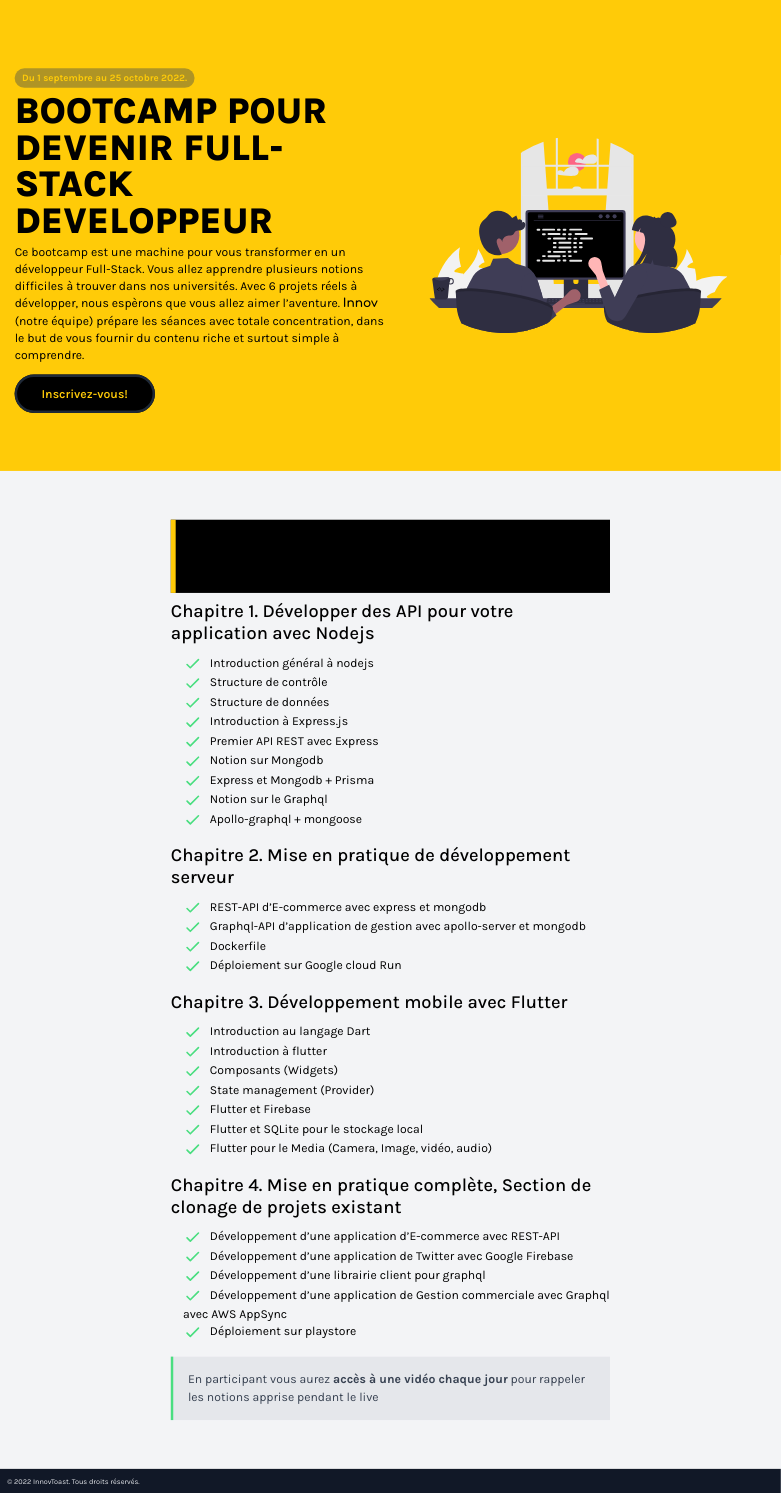
Repository: alfredlwanzo/course
Page: /
The author's editor kept a copy of each file at every save. The page is drawn from the files as they stood at one save, then again after the next save.
The browser window is 1280 px wide. The pictures show the whole page, at 61% of full size.
The project was rebuilt for these pictures with package versions that can differ from the ones it lists, and the page was loaded fresh each time. The framework's server and built-in components were replaced by stand-ins that run in the browser. Also part of the build but not shown: next.config.js.

Above is the page before, as saved 2022-08-09 12:14:54.

### pages/_app.tsx
import '../src/styles/globals.css'
import type { AppProps } from 'next/app'

function MyApp({ Component, pageProps }: AppProps) {
  return <Component {...pageProps} />
}

export default MyApp

### pages/_document.tsx
import NextDocument, { Html, Head, Main, NextScript } from "next/document";

type Props = {};

class MyDocument extends NextDocument<Props> {
  render() {
    return (
      <Html>
        <Head>
          <link rel="manifest" href="/manifest.json" />
          <link rel="apple-touch-icon" href="/icon.png"></link>
          <meta name="theme-color" content="#FFCB08" />
          <link rel="icon" href="/favicon.ico" />
        </Head>
        <body>
          <Main />
          <NextScript />
        </body>
      </Html>
    );
  }
}

export default MyDocument;

### pages/index.tsx
import Footer from '@src/components/Footers/Footer'
import ContentSection from '@src/components/sections/Content'
import HomeSection from '@src/components/sections/Home'
import type { NextPage } from 'next'
import Head from 'next/head'
import Image from 'next/image'


const Home: NextPage = () => {
  return (
    <div className="">
      <Head>
        <title>Innov | Bootcamp pour devenir fullStack developpeur</title>
        <meta name="description" content="Generated by create next app" />
        <link rel="icon" href="/favicon.ico" />
      </Head>

      <main className="">
       <section className="bg-primary pt-28 pb-14 md:pb-28">
        {/* section Home */}
        <HomeSection/>
       </section>

       {/* section content */}
       <section className="py-6 md:py-20">
        <ContentSection/>
       </section>
      </main>

      <Footer/>
    </div>
  )
}

export default Home

### src/styles/globals.css

/* Fonts: Comfortaa & Karla */
@import url('https://fonts.googleapis.com/css2?family=Comfortaa:wght@300;400;500;600;700&display=swap');
@import url('https://fonts.googleapis.com/css2?family=Karla:ital,wght@0,200;0,300;0,400;0,500;0,600;0,700;0,800;1,200;1,300;1,400;1,500;1,600;1,700;1,800&display=swap');

/* tailwind */
@tailwind base;
@tailwind components;
@tailwind utilities;


html,
body {
  padding: 0;
  margin: 0;
  @apply bg-gray-100;
  font-family: 'Karla', sans-serif;
}

a {
  color: inherit;
  text-decoration: none;
}

* {
  box-sizing: border-box;
}

### src/components/Footers/Footer.tsx
import React from 'react'
import Copyright from './Copyright'


const Footer = () => {
  return (
    <div className='bg-gray-900'>
        <Copyright/>
    </div>
  )
}

export default Footer

### src/components/sections/Content.tsx
import React from "react";
import { CheckIcon } from "@heroicons/react/outline";

const ContentSection = () => {
  return (
    <article className="max-w-3xl mx-auto px-3 sm:px-6">
      <blockquote className="bg-black border-l-8 border-l-primary">
      Nous avons mis du temps pour préparer ce contenue riche, nous allons une approche de rentre de notion complexe, facile à comprendre. Nous voulons qu’une personne après avoir participer à cette formation de Full-stack developer, soit capable de produire une application de A à Z sans beaucoup de difficultés. Notre Objectif est de créer de meilleurs développeurs Full-stack indépendant.
      </blockquote>
      {/* Chapter 1 */}
      <div className="mt-3">
        <h2 className="text-3xl font-medium">
          Chapitre 1. Développer des API pour votre application avec Nodejs
        </h2>
        <ul className="list-inside pl-5 mt-4">
          <li className="text-xl ">
            <CheckIcon className="inline-block h-8 w-8 mr-3 text-green-400" />
            Introduction général à nodejs
          </li>
          <li className="text-xl ">
            <CheckIcon className="inline-block h-8 w-8 mr-3 text-green-400" />
            Structure de contrôle
          </li>
          <li className="text-xl ">
            <CheckIcon className="inline-block h-8 w-8 mr-3 text-green-400" />
            Structure de données
          </li>
          <li className="text-xl ">
            <CheckIcon className="inline-block h-8 w-8 mr-3 text-green-400" />
            Introduction à Express.js
          </li>
          <li className="text-xl ">
            <CheckIcon className="inline-block h-8 w-8 mr-3 text-green-400" />
            Premier API REST avec Express
          </li>
          <li className="text-xl ">
            <CheckIcon className="inline-block h-8 w-8 mr-3 text-green-400" />
            Notion sur Mongodb
          </li>
          <li className="text-xl ">
            <CheckIcon className="inline-block h-8 w-8 mr-3 text-green-400" />
            Express et Mongodb + Prisma
          </li>
          <li className="text-xl ">
            <CheckIcon className="inline-block h-8 w-8 mr-3 text-green-400" />
            Notion sur le Graphql
          </li>
          <li className="text-xl ">
            <CheckIcon className="inline-block h-8 w-8 mr-3 text-green-400" />
            Apollo-graphql + mongoose
          </li>
        </ul>
      </div>
      {/* Chapitre 2 */}
      <div className="mt-6">
        <h2 className="text-3xl font-medium">
          Chapitre 2. Mise en pratique de développement serveur
        </h2>
        <ul className="list-inside pl-5 mt-4 ">
          <li className="text-xl ">
            <CheckIcon className="inline-block h-8 w-8 mr-3 text-green-400" />
            REST-API d’E-commerce avec express et mongodb
          </li>
          <li className="text-xl ">
            <CheckIcon className="inline-block h-8 w-8 mr-3 text-green-400" />
            Graphql-API d’application de gestion avec apollo-server et mongodb
          </li>
          <li className="text-xl ">
            <CheckIcon className="inline-block h-8 w-8 mr-3 text-green-400" />
            Dockerfile
          </li>
          <li className="text-xl ">
            <CheckIcon className="inline-block h-8 w-8 mr-3 text-green-400" />
            Déploiement sur Google cloud Run
          </li>
        </ul>
      </div>
      {/* Chapitre 3 */}
      <div className="mt-6">
        <h2 className="text-3xl font-medium">
          Chapitre 3. Développement mobile avec Flutter
        </h2>
        <ul className="list-inside pl-5 mt-4 ">
          <li className="text-xl ">
            <CheckIcon className="inline-block h-8 w-8 mr-3 text-green-400" />
            Introduction au langage Dart
          </li>
          <li className="text-xl ">
            <CheckIcon className="inline-block h-8 w-8 mr-3 text-green-400" />
            Introduction à flutter
          </li>
          <li className="text-xl ">
            <CheckIcon className="inline-block h-8 w-8 mr-3 text-green-400" />
            Composants (Widgets)
          </li>
          <li className="text-xl ">
            <CheckIcon className="inline-block h-8 w-8 mr-3 text-green-400" />
            State management (Provider)
          </li>
          <li className="text-xl ">
            <CheckIcon className="inline-block h-8 w-8 mr-3 text-green-400" />
            Flutter et Firebase
          </li>
          <li className="text-xl ">
            <CheckIcon className="inline-block h-8 w-8 mr-3 text-green-400" />
            Flutter et SQLite pour le stockage local
          </li>
          <li className="text-xl ">
            <CheckIcon className="inline-block h-8 w-8 mr-3 text-green-400" />
            Flutter pour le Media (Camera, Image, vidéo, audio)
          </li>
        </ul>
      </div>
       {/* Chapitre 4 */}
       <div className="mt-6">
        <h2 className="text-3xl font-medium">
          Chapitre 4. Mise en pratique complète, Section de clonage de projets existant
        </h2>
        <ul className="list-inside pl-5 mt-4 ">
          <li className="text-xl ">
            <CheckIcon className="inline-block h-8 w-8 mr-3 text-green-400" />
            Développement d’une application d’E-commerce avec REST-API
          </li>
          <li className="text-xl ">
            <CheckIcon className="inline-block h-8 w-8 mr-3 text-green-400" />
            Développement d’une application de Twitter avec Google Firebase
          </li>
          <li className="text-xl ">
            <CheckIcon className="inline-block h-8 w-8 mr-3 text-green-400" />
            Développement d’une librairie client pour graphql
          </li>
          <li className="text-xl ">
            <CheckIcon className="inline-block h-8 w-8 mr-3 text-green-400" />
            Développement d’une application de Gestion commerciale avec Graphql avec AWS AppSync
          </li>
          <li className="text-xl ">
            <CheckIcon className="inline-block h-8 w-8 mr-3 text-green-400" />
            Déploiement sur playstore
          </li>
        </ul>
      </div>
      <blockquote className="border-l-4 border-l-green-400 p-6 mt-6 bg-gray-200 text-xl text-gray-700">
        En participant vous aurez <span className="font-bold">accès à une vidéo chaque jour</span> pour rappeler les notions apprise pendant le live
      </blockquote>
    </article>
  );
};

export default ContentSection;

### src/components/sections/Home.tsx
import React from "react";
import SubscribeButton from "../buttons/SubscribeButton";
import PairProgramming from "../icons/PairProgramming";

const HomeSection = () => {
  return (
    <div className="max-w-7xl mx-auto px-3 sm:px-6">
      <div className="grid md:grid-cols-2 gap-10 lg:gap-0">
        <div>
          <div className="bg-gray-700 bg-opacity-40 w-max py-1 px-3 rounded-full">
            <h6 className="font-bold text-primary">
              Du 1 septembre au 25 octobre 2022.
            </h6>
          </div>
          <h1 className="text-5xl md:text-6xl font-extrabold uppercase mt-2">
            Bootcamp pour devenir full-stack developpeur
          </h1>
          <p className="text-xl mt-2">
            Ce bootcamp est une machine pour vous transformer en un développeur
            Full-Stack. Vous allez apprendre plusieurs notions difficiles à
            trouver dans nos universités. Avec 6 projets réels à développer,
            nous espèrons que vous allez aimer l’aventure.{" "}
            <span className="font-comfortaa font-bold">Innov</span> (notre
            équipe) prépare les séances avec totale concentration, dans le but
            de vous fournir du contenu riche et surtout simple à comprendre.
          </p>
          <div className="hidden md:block mt-9">
            <SubscribeButton />
          </div>
        </div>
        <div className="flex flex-col items-center justify-center">
          <PairProgramming className="w-auto h-52 md:h-80 -bottom-10" />
          <div className="block md:hidden mt-12">
            <SubscribeButton />
          </div>
        </div>
      </div>
    </div>
  );
};

export default HomeSection;

### src/components/Footers/Copyright.tsx
import React from 'react'

const Copyright = () => {
  return (
    <div className='max-w-7xl mx-auto px-3 sm:px-6" py-3 text-gray-200 '>
        <p className='text-xs'>© 2022 InnovToast. Tous droits réservés.</p>
    </div>
  )
}

export default Copyright

### src/components/buttons/SubscribeButton.tsx
import React from "react";

const SubscribeButton = () => {
  return (
    <a
      href="https://wa.me/+243978154329"
      target="_blank"
      rel="noreferrer"
      className="bg-black text-primary py-4 px-10 text-xl font-semibold rounded-full border-4 border-gray-800 hover:bg-opacity-95 hover:border-gray-900"
    >
      Inscrivez-vous!
    </a>
  );
};

export default SubscribeButton;

Loaded but not shown: tailwind.config.js (18 lines, source omitted); src/components/icons/PairProgramming.tsx (865 lines, source omitted)

After the next save:
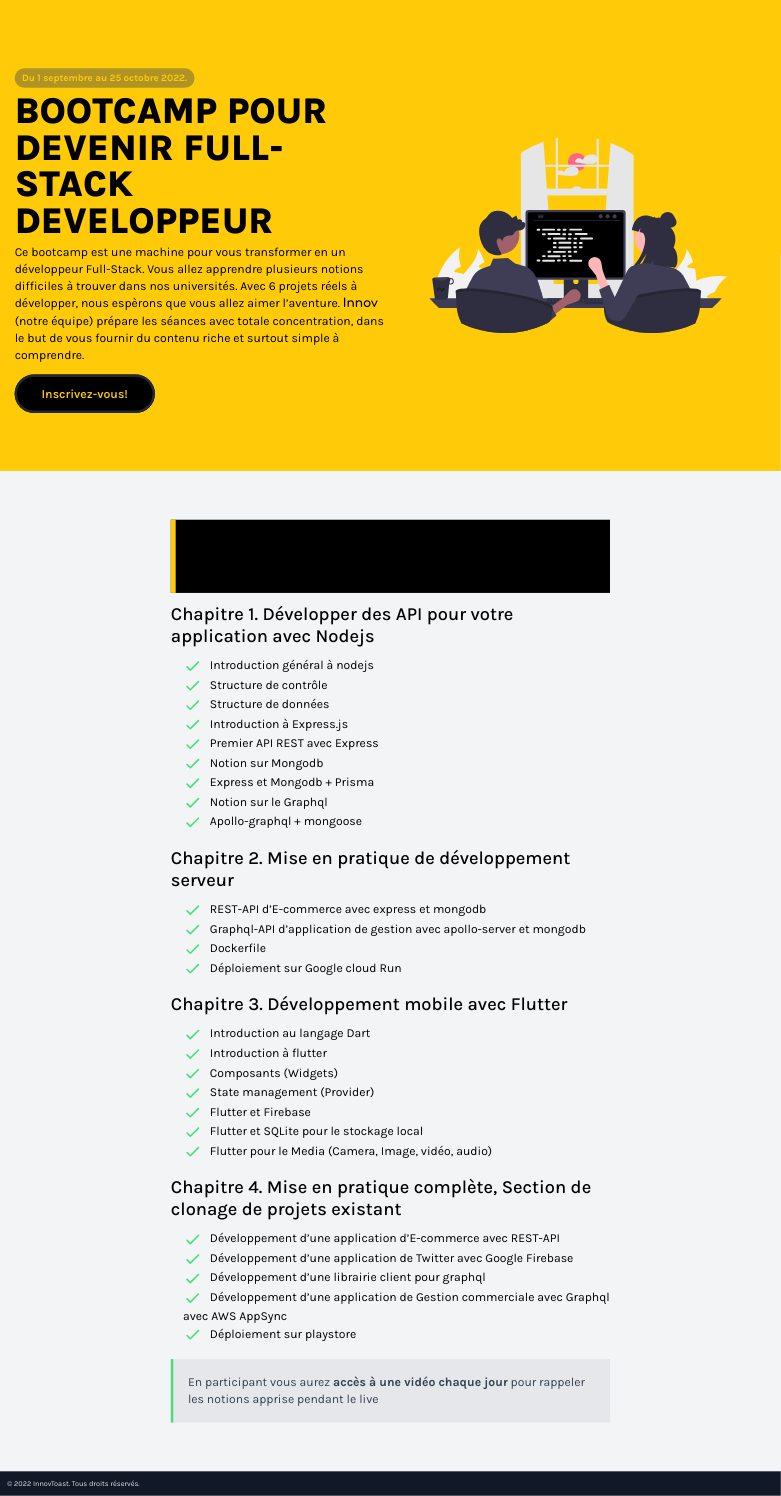
Saved 11 s later.
--- a/src/components/sections/Content.tsx
+++ b/src/components/sections/Content.tsx
@@ -8,7 +8,7 @@
       Nous avons mis du temps pour préparer ce contenue riche, nous allons une approche de rentre de notion complexe, facile à comprendre. Nous voulons qu’une personne après avoir participer à cette formation de Full-stack developer, soit capable de produire une application de A à Z sans beaucoup de difficultés. Notre Objectif est de créer de meilleurs développeurs Full-stack indépendant.
       </blockquote>
       {/* Chapter 1 */}
-      <div className="mt-3">
+      <div className="mt-4">
         <h2 className="text-3xl font-medium">
           Chapitre 1. Développer des API pour votre application avec Nodejs
         </h2>
